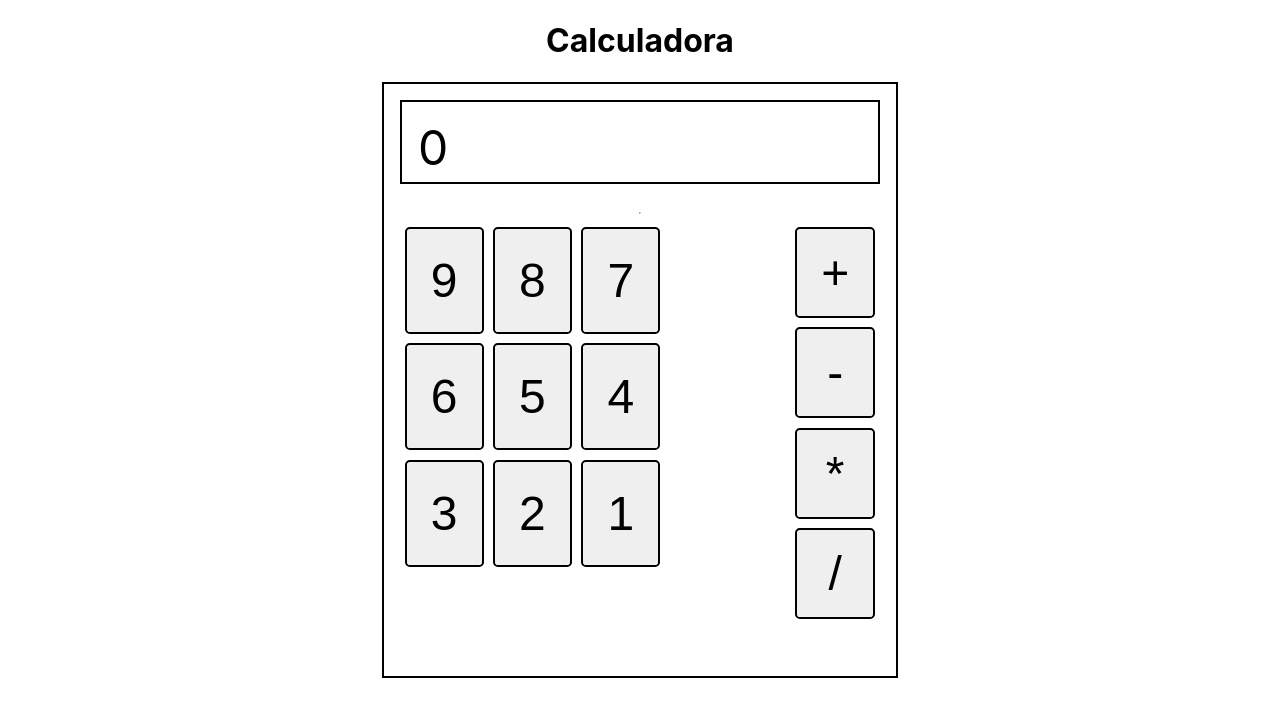
Repository: yamaka/curso-react-febrero-2022
Page: /
These files come from the project's save history. The page is drawn as it stood at one moment and after the next save; the edit follows.
The browser window is 1280 px wide. The pictures show the whole page.
The project was rebuilt for these pictures with package versions that can differ from the ones it lists, and the page was loaded fresh each time. Also part of the build but not shown: src/App.css, src/components/Zanahoria/Zanahoria.css, src/components/Zanahoria/Zanahoria.js, src/components/Zanahorias/Zanahorias.js, src/components/Lechuga/Lechuga.css, src/components/Lechuga/Lechuga.js, src/components/Calculadora/Calculadora.css, src/components/Calculadora/Calculadora.js and 4 more.

Above is the page before, as saved 2022-03-02 18:46:19.

After the next save:
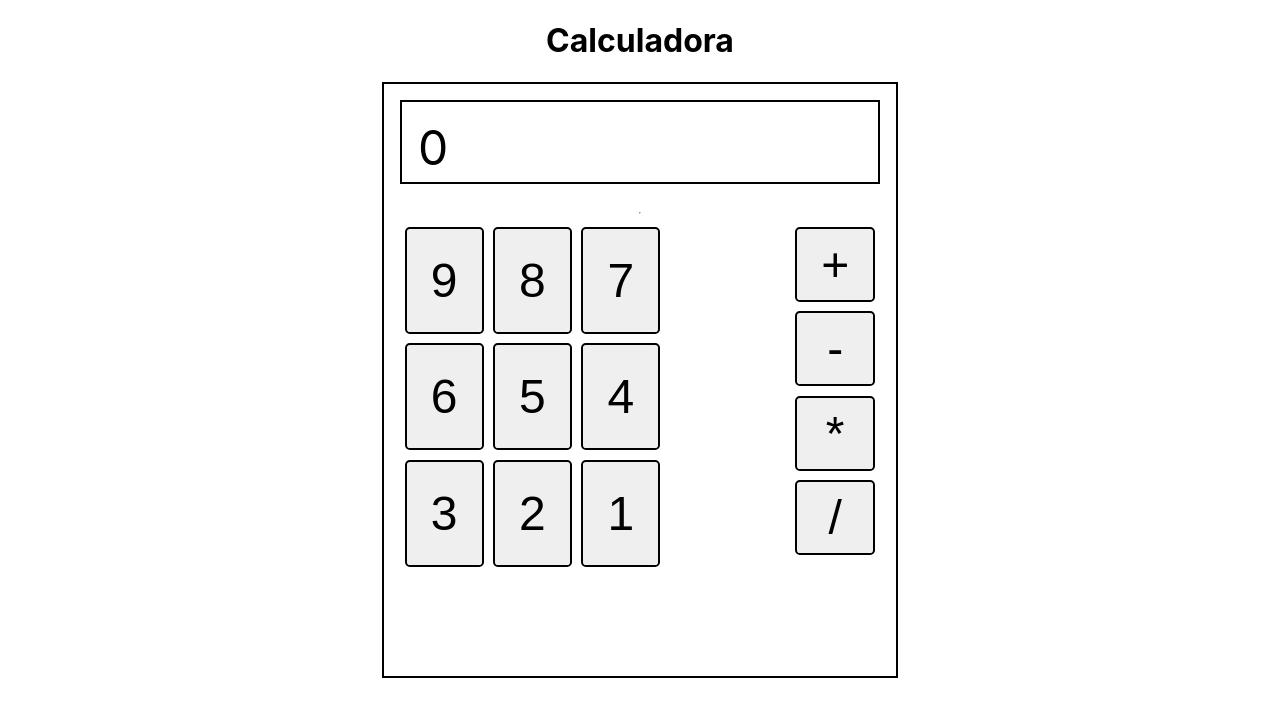
Saved 16 s later.
--- a/src/hooks/components/BotonOperacion/BotonOperacion.css
+++ b/src/hooks/components/BotonOperacion/BotonOperacion.css
@@ -1,7 +1,7 @@
 .boton-operacion {
   border: solid 2px;
-  padding-top: 1rem;
-  padding-bottom: 1rem;
+  padding-top: 0.5rem;
+  padding-bottom: 0.5rem;
   padding-left: 1.5rem;
   padding-right: 1.5rem;
   border-radius: 0.3rem;
